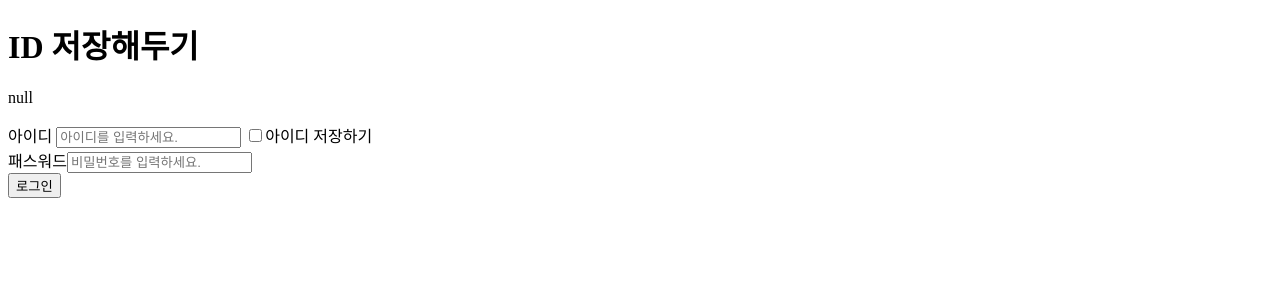
Repository: pro-hk/jsp
Page: http://localhost/chap05/id_save_session.jsp
These files come from the project's save history. The page is drawn as it stood at one moment and after the next save; the edit follows.
The browser window is 1280 px wide. The pictures show the whole page.
The page is served by Tomcat 9.

Above is the page before, as saved 2022-01-25 04:55:01.

After the next save:
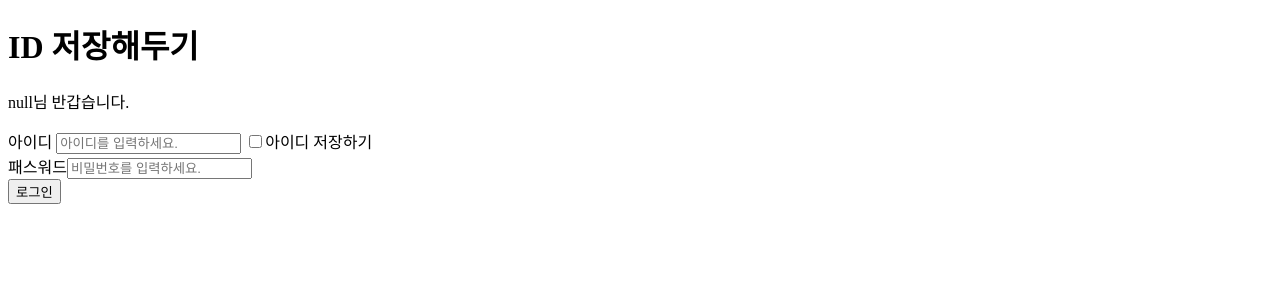
Saved 9 s later.
--- a/chap05/src/main/webapp/id_save_session.jsp
+++ b/chap05/src/main/webapp/id_save_session.jsp
@@ -25,7 +25,7 @@
 </head>
 <body>
 	<h1>ID 저장해두기</h1>
-	<p><%= login_user %></p>
+	<p><%= login_user %>님 반갑습니다.</p>
 	<form action="id_save_session_process.jsp" method="post">
 		<div>
 			<label>
